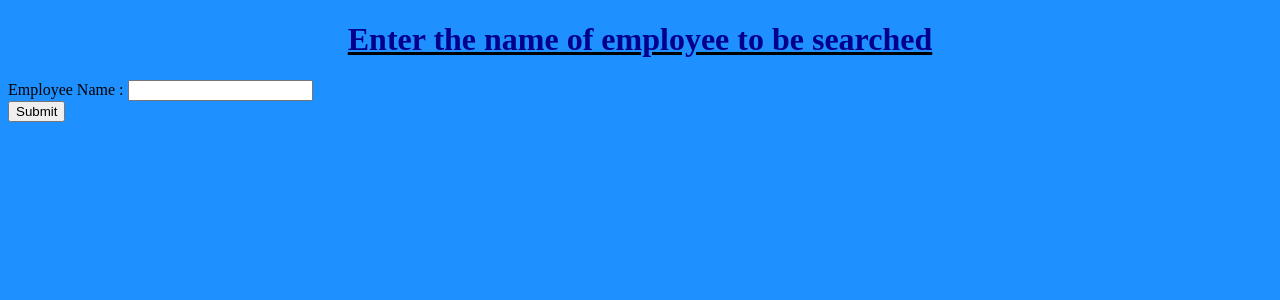
Repository: kimchiLover/BackupProjectsOnPC
Page: eclipse-oauth/ManageEmpApp/WebContent/searchEmployeeBySalaryRange.html
These files come from the project's save history. The page is drawn as it stood at one moment and after the next save; the edit follows.
The browser window is 1280 px wide. The pictures show the whole page.

Above is the page before, as saved 2019-07-18 10:36:10.

After the next save:
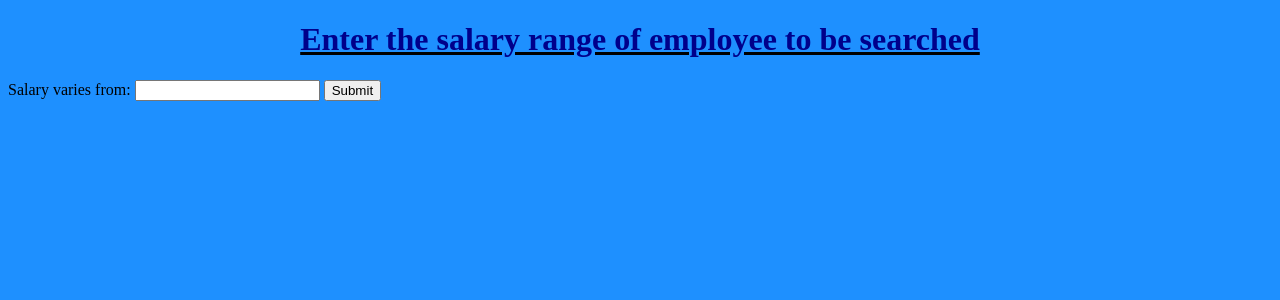
Saved 37 min 42 s later.
--- a/eclipse-oauth/ManageEmpApp/WebContent/searchEmployeeBySalaryRange.html
+++ b/eclipse-oauth/ManageEmpApp/WebContent/searchEmployeeBySalaryRange.html
@@ -7,12 +7,12 @@
 <body style="background-color:DodgerBlue;">
 
 <center>
-<u><h1 style="color:DarkBlue;">Enter the name of employee to be searched</h1></u>
+<u><h1 style="color:DarkBlue;">Enter the salary range of employee to be searched</h1></u>
 </center>
 
-<form action="searchName">
+<form action="searchSalary">
 
-  Employee Name   : <input type="text" name="name"><br>
+  Salary varies from: <input type="text" name="name">
 
   <input type="submit" value="Submit">
 
